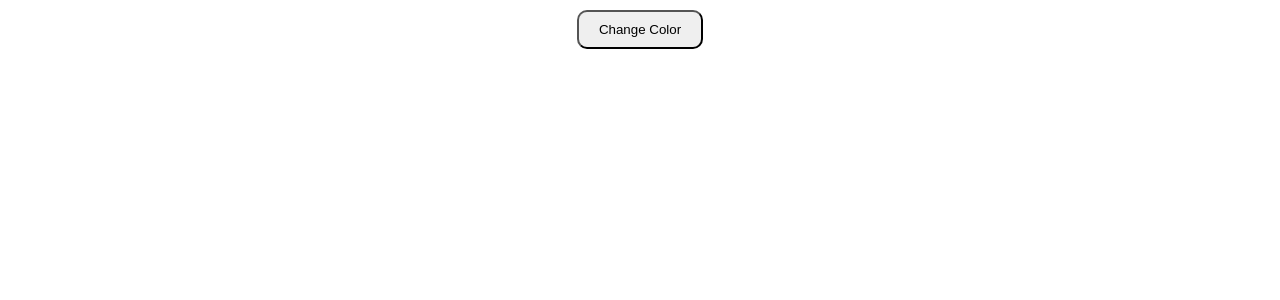
Repository: minhvtQA/randomBackgroundColor
Page: index.html
These files come from the project's save history. The page is drawn as it stood at one moment and after the next save; the edit follows.
The browser window is 1280 px wide. The pictures show the whole page.

Above is the page before, as saved 2021-11-07 16:54:17.

After the next save:
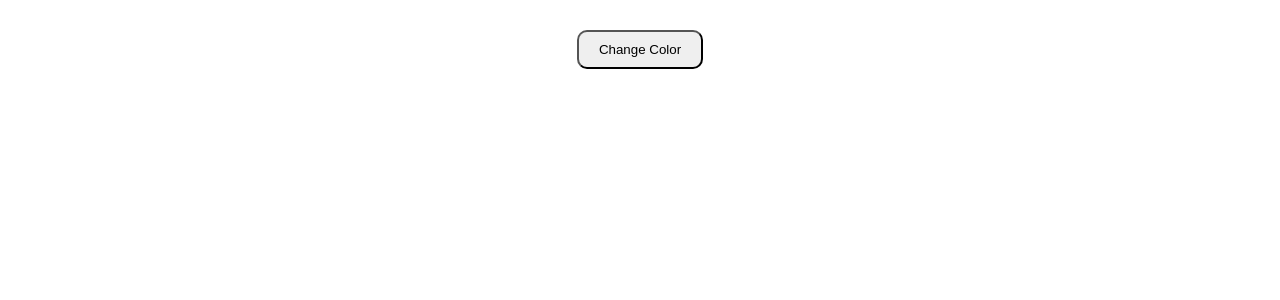
Saved 5 s later.
--- a/styles.css
+++ b/styles.css
@@ -5,7 +5,7 @@ html {
 }
 .background {
   text-align: center;
-  margin-top: 1rem;
+  margin-top: 3rem;
 }
 button {
   padding: 1rem 2rem;
